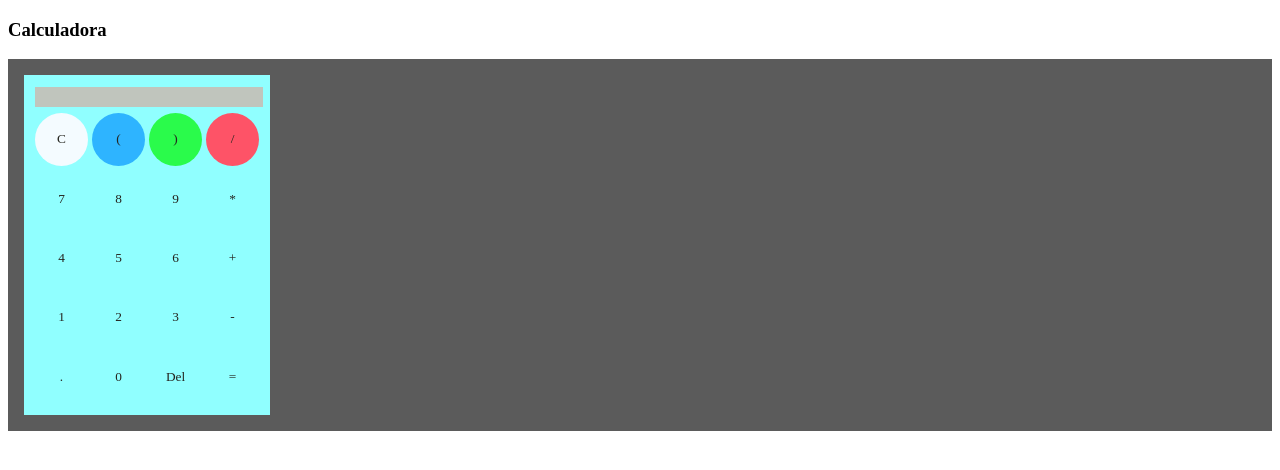
Repository: ServerK001/CalcJsVanilha
Page: index.html
An editor plug-in stored every save of this project. The page is shown before and after the next save, followed by the edit.
The browser window is 1280 px wide. The pictures show the whole page.
Some web fonts or font styles are not loaded; a fallback is used.

Above is the page before, as saved 2022-02-14 20:59:01.

### index.html
<!DOCTYPE html>
<html lang="pt-br">
<head>
    <meta charset="UTF-8">
    <meta http-equiv="X-UA-Compatible" content="IE=edge">
    <meta name="viewport" content="width=device-width, initial-scale=1.0">
    <script src="index.js" ></script>
    <link rel="stylesheet" href="style.css">
    <link href="//db.onlinewebfonts.com/c/bbfde24114f6f7cc0f421651e88bbca7?family=Unibody+8" rel="stylesheet" type="text/css"/>

    <title>Calculadora</title>
</head>
<body>

        <section class="conteiner">
            <h3>Calculadora</h3>
<div class="body">
            <table class="calculadora">
                <tr>
                    <td colspan="4"><input type="text" class="display"></td>
                </tr>

                <tr>
                    <td><button class="btn btn_1 btn-clear">C</button></td>
                    <td><button class="btn btn_2 btn-num">(</button></td>
                    <td><button class="btn btn_3 btn-num">)</button></td>
                    <td><button class="btn btn_4 btn-num">/</button></td>
                </tr>

                <tr>
                    <td><button class="btn btn-num">7</button></td>
                    <td><button class="btn btn-num">8</button></td>
                    <td><button class="btn btn-num">9</button></td>
                    <td><button class="btn btn-num">*</button></td>
                </tr>
                <tr>
                    <td><button class="btn btn-num">4</button></td>
                    <td><button class="btn btn-num">5</button></td>
                    <td><button class="btn btn-num">6</button></td>
                    <td><button class="btn btn-num">+</button></td>
                </tr>
                <tr>
                    <td><button class="btn btn-num">1</button></td>
                    <td><button class="btn btn-num">2</button></td>
                    <td><button class="btn btn-num">3</button></td>
                    <td><button class="btn btn-num">-</button></td>
                </tr>
                <tr>
                    <td><button class="btn btn-num">.</button></td>
                    <td><button class="btn btn-num">0</button></td>
                    <td><button class="btn btn-del">Del</button></td>
                    <td><button class="btn btn-num">=</button></td>
                </tr>

            </table>
     </div>

        </section>

</body>
</html>

### index.js
console.log('Olá mundo')

### style.css
:root{
    --btn: #25251f;
    --font-display:#435338;
    --displayBG:#c0c5bd;
    --bgCalc:#90FFFF;
    --bgConteiner:#5b5b5b;

    /*Bootuns Colors*/

    --btn_1:#F4FBFF;
    --btn_2:#2EB4FF;
    --btn_3:#2AFB4B;
    --btn_4:#FE5367;
    --btn_5:#FDEA44;
    --btn_6:#EA46ED;




}

.display{
    font-size: 1rem;
    width: 100%;
    text-align: right;
    font-family: "Unibody 8";
    color: var(--font-display);
    background-color: var(--displayBG);

        border: none;
}

.btn{
    font-family: "Unibody 8";
    color:var(--btn);
    background-color: var(--bgBtn);
    padding: 0.5rem ;
    border-radius: 50%;
    align-items: center;
    border: none;
    height: 53px;
    width: 53px;
    text-align: center;
}
.calculadora{
    background-color: var(--bgCalc);
    padding: 0.5rem;
    height: 340px;
    width: 230px;

}


.body{
    background-color: var(--bgConteiner);
    padding: 1rem;
}

.btn_1{background-color:var(--btn_1)}
.btn_2{background-color:var(--btn_2)}
.btn_3{background-color:var(--btn_3)}
.btn_4{background-color:var(--btn_4)}
.btn_5{background-color:var(--btn_5)}
.btn_6{background-color:var(--btn_6)}

After the next save:
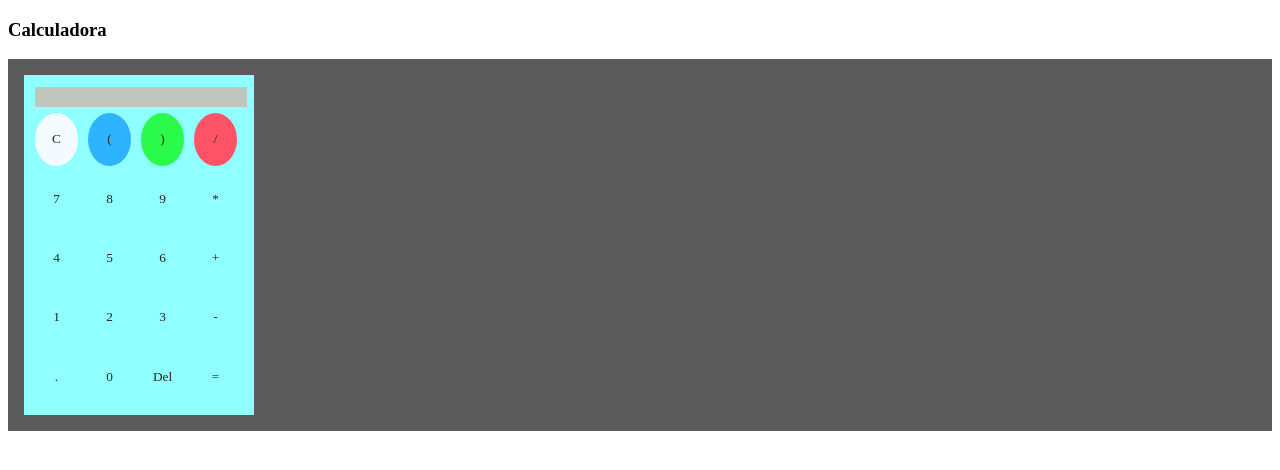
Saved 5 s later.
--- a/style.css
+++ b/style.css
@@ -39,7 +39,7 @@
     align-items: center;
     border: none;
     height: 53px;
-    width: 53px;
+    width: 43px;
     text-align: center;
 }
 .calculadora{
